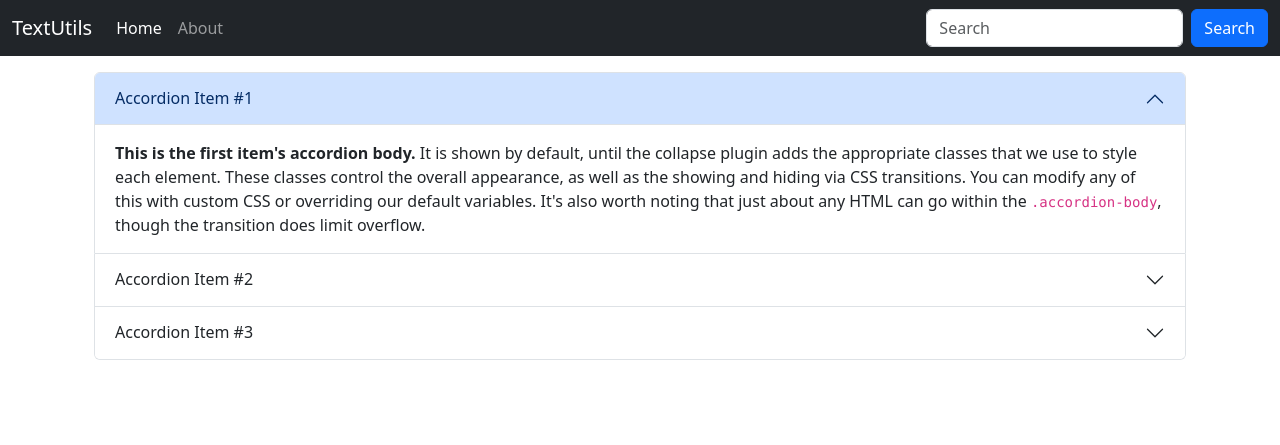
Repository: Rohit-foryou/Text-Utils
Page: /
An editor plug-in stored every save of this project. The page is shown before and after the next save, followed by the edit.
The browser window is 1280 px wide. The pictures show the whole page.
The project was rebuilt for these pictures with package versions that can differ from the ones it lists, and the page was loaded fresh each time. Also part of the build but not shown: src/index.css, src/App.css.

Above is the page before, as saved 2023-12-20 21:57:55.

After the next save:
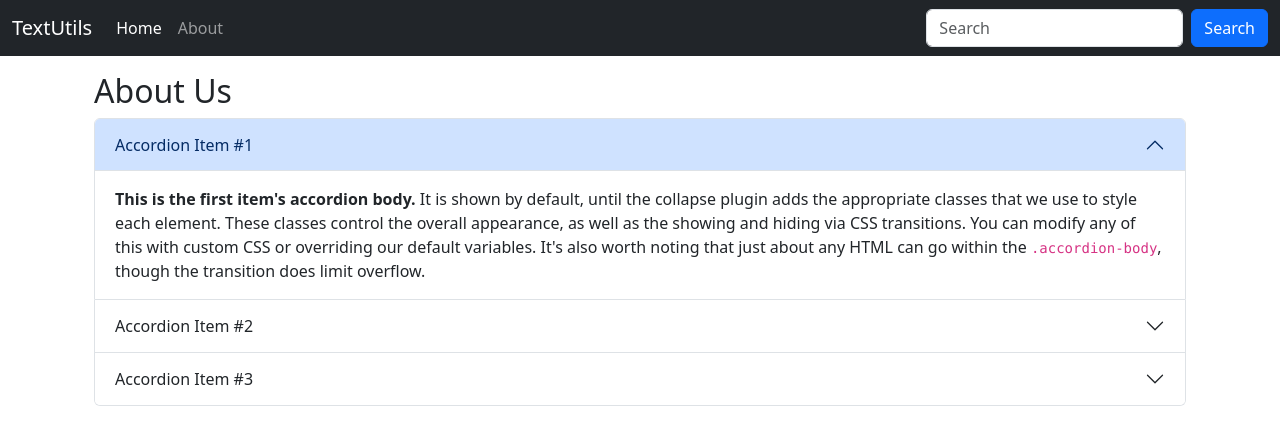
Saved 29 s later.
--- a/src/components/About.js
+++ b/src/components/About.js
@@ -3,6 +3,7 @@ import React from 'react'
 export default function About() {
   return (
     <div className='container'>
+        <h2>About Us</h2>
       <div class="accordion" id="accordionExample">
             <div class="accordion-item">
                 <h2 class="accordion-header">
